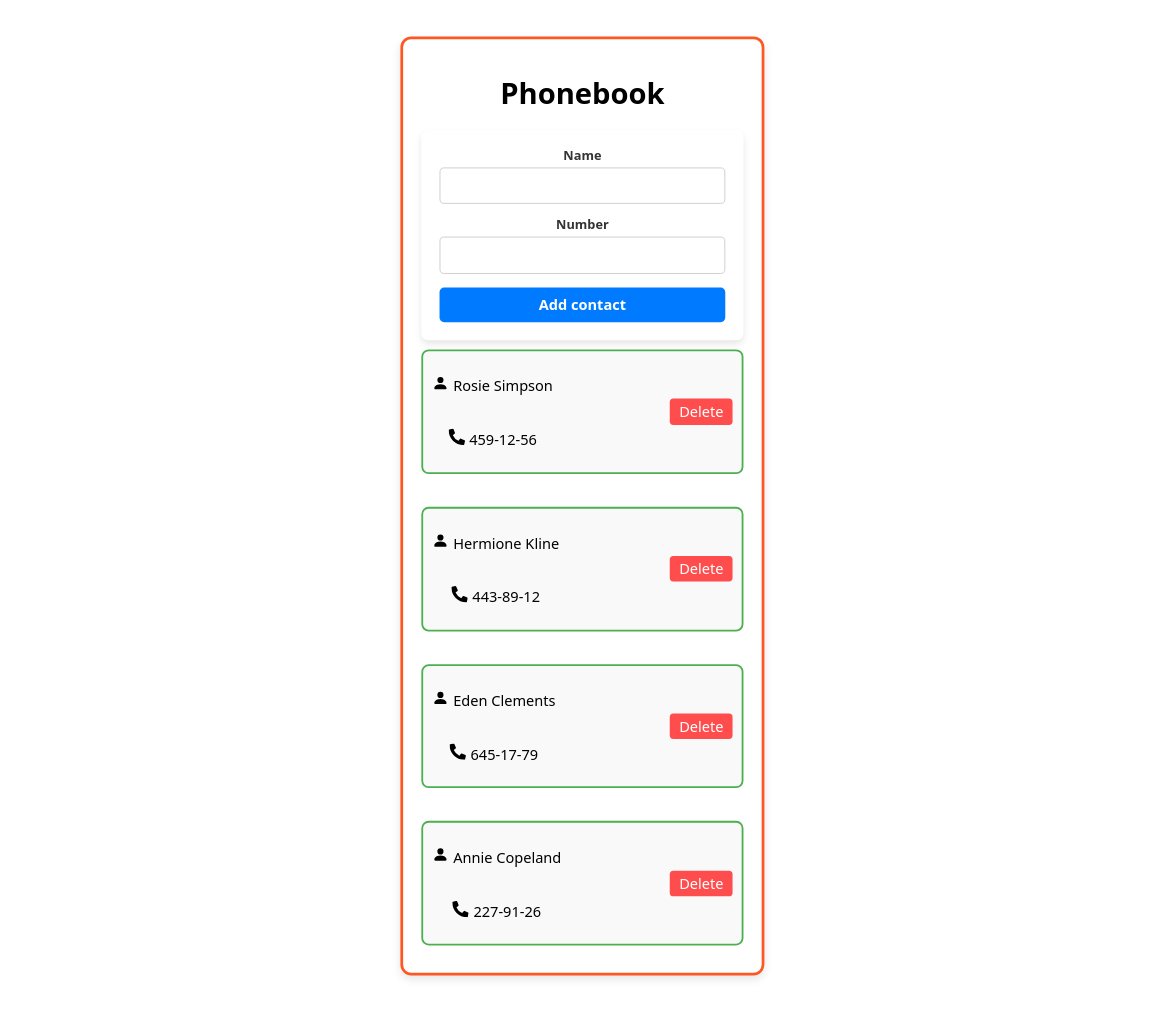
Repository: Evgeniya-Tishakova/goit-react-hw-03
Page: /
The author's editor kept a copy of each file at every save. The page is drawn from the files as they stood at one save, then again after the next save.
The browser window is 1280 px wide. The pictures show the whole page, at 91% of full size.
The project was rebuilt for these pictures with package versions that can differ from the ones it lists, and the page was loaded fresh each time. Also part of the build but not shown: vite.config.js, src/index.css.

Above is the page before, as saved 2025-03-09 15:32:10.

After the next save:
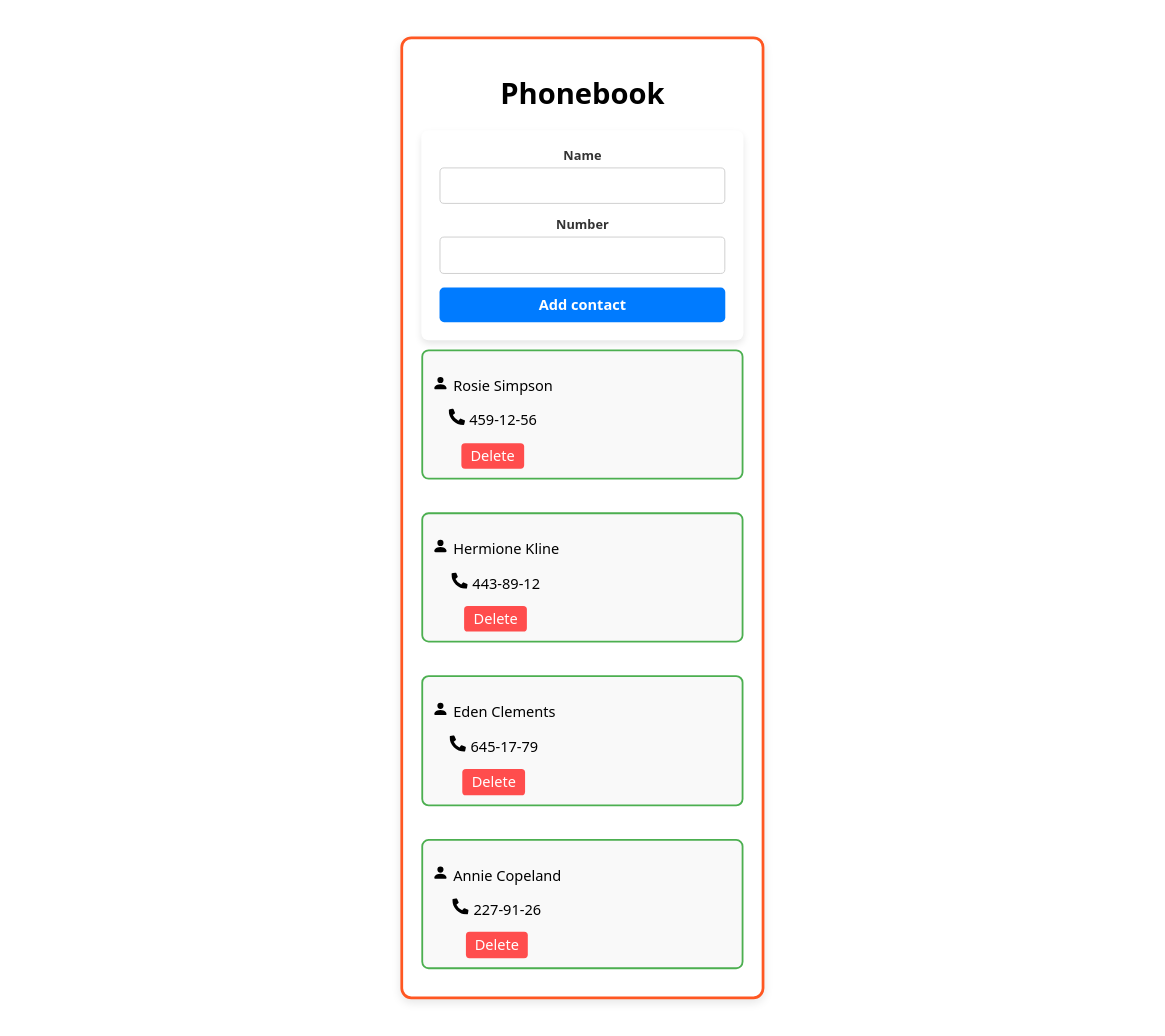
Saved 79 s later.
--- a/src/components/Contact/Contact.jsx
+++ b/src/components/Contact/Contact.jsx
@@ -4,8 +4,8 @@ import { FaPhoneAlt } from "react-icons/fa";
 
 export default function Contact({ id, name, number, onDelete }) {
   return (
-    <>
-      <div className={css.container}>
+    <div className={css.contact}>
+      <div className={css.contact}>
         <p className={css.text}>
           <BsPersonFill className={css.icon} />
           {name}
@@ -15,9 +15,10 @@ export default function Contact({ id, name, number, onDelete }) {
           {number}
         </p>
       </div>
+
       <button className={css.button} onClick={() => onDelete(id)}>
         Delete
       </button>
-    </>
+    </div>
   );
 }
